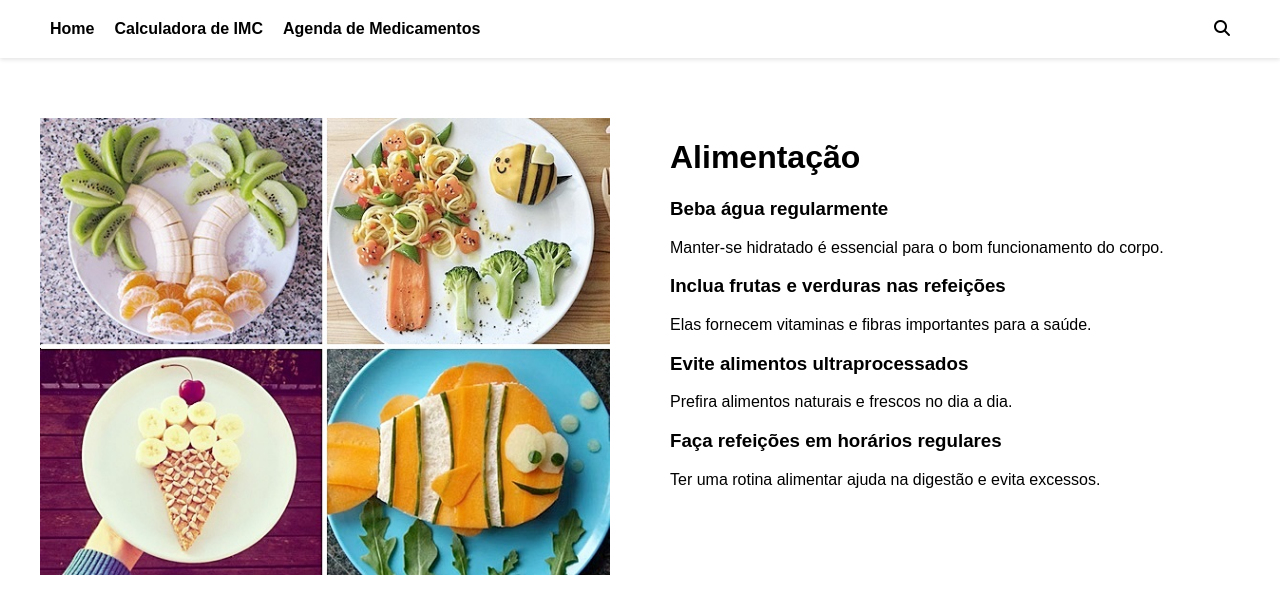
Repository: Cristiane-Sartori14/dicasSaude
Page: index.html
The author's editor kept a copy of each file at every save. The page is drawn from the files as they stood at one save, then again after the next save.
The browser window is 1280 px wide. The pictures show the whole page.

Above is the page before, as saved 2025-05-18 21:37:14.

### index.html
<!DOCTYPE html>
<html lang="en">
<head>
    <meta charset="UTF-8">
    <meta name="viewport" content="width=device-width, initial-scale=1.0">
    <title>Dicas de Saúde</title>
    <link rel="stylesheet" href="style.css">

   <link rel="stylesheet" href="https://cdnjs.cloudflare.com/ajax/libs/font-awesome/6.5.0/css/all.min.css">

</head>
<body>
    <!--Cabeçalho-->
    <header class="header">
        <div class="nav-container">
            <nav>
                <ul class="nav-links">
                    <li><a href="#">Home</a></li>
                    <li><a href="#">Calculadora de IMC</a></li>
                    <li><a href="#">Agenda de Medicamentos</a></li>
                </ul>
            </nav>
            <div class="header-icons">
                <div class="icon search-icon">
                    <i class="fa-solid fa-magnifying-glass"></i>
                </div>
            </div>
        </div>
    </header>

     <!--Detalhes do página-->
     <div class="health-container">
        <div class="health-image">
            <img src="img/alimento.jpg" alt="Alimentação Saudável">
        </div>

        <div class="health-details">
        <h1 class="health-title">Alimentação</h1>

        <h3>Beba água regularmente</h3>
        <p>Manter-se hidratado é essencial para o bom funcionamento do corpo.</p>

        <h3>Inclua frutas e verduras nas refeições</h3>
        <p>Elas fornecem vitaminas e fibras importantes para a saúde.</p>

        <h3>Evite alimentos ultraprocessados</h3>
        <p>Prefira alimentos naturais e frescos no dia a dia.</p>

        <h3>Faça refeições em horários regulares</h3>
        <p>Ter uma rotina alimentar ajuda na digestão e evita excessos.</p>

        </div>

     </div>



</body>
</html>

### style.css
body {
    margin: 0;
    font-family: Arial, Helvetica, sans-serif;
}

/*Cabeçalho*/
.header {
    padding: 10px 50px;
    background-color: #fff;
    box-shadow: 0 2px 4px rgba(0, 0, 0, 0.1);
    margin-bottom: 40px;
}

.nav-container {
    max-width: 1200px; /*largura máxima do texto*/
    margin: 0 auto;
    display: flex;
    justify-content: space-between; /*centraliza eles*/
    align-items: center;
    padding: 10px 0;
}

.nav-links {
    list-style: none;
    display: flex;
    gap: 20px;
    margin: 0;
    padding: 0;
}

.nav-links a {
    text-decoration: none; /*tirar o _*/
    color: #000;
    font-weight: bold;
    transition: 0.4s;
}

.nav-links a:hover, .header-icons i:hover {
    color: #ccc;
}

.header-icons {
    display: flex;
    gap: 20px
}

/*Detalhes do página*/
.health-container{
    display: flex;
    max-width: 1200px;
    margin: 0 auto;
    padding: 20px 0;
    gap: 20px;
}

.health-image {
  flex: 2;
  padding-right: 20px;
}

.health-image img {
  max-width: 100%;
  height: auto;
  display: block;
}

.health-details {
  flex: 2;
  padding-left: 20px;
}

.product-title {
  font-size: 24px;
  margin-bottom: 15px;
}

After the next save:
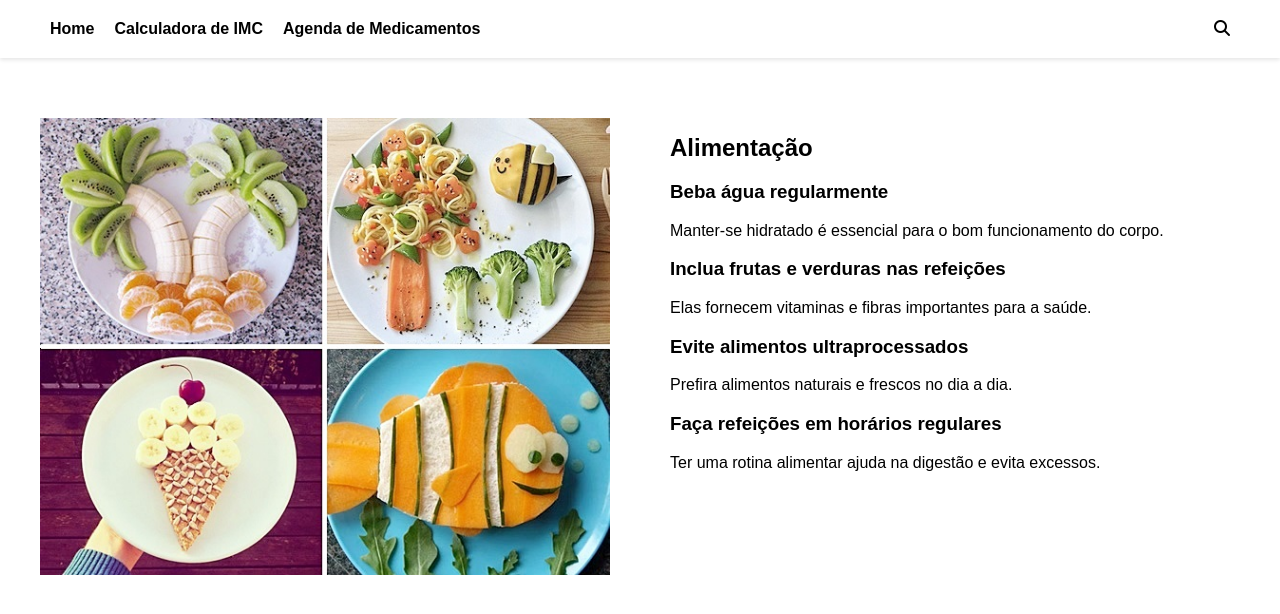
Saved 13 s later.
--- a/style.css
+++ b/style.css
@@ -69,7 +69,7 @@ body {
   padding-left: 20px;
 }
 
-.product-title {
+.health-title {
   font-size: 24px;
   margin-bottom: 15px;
 }
